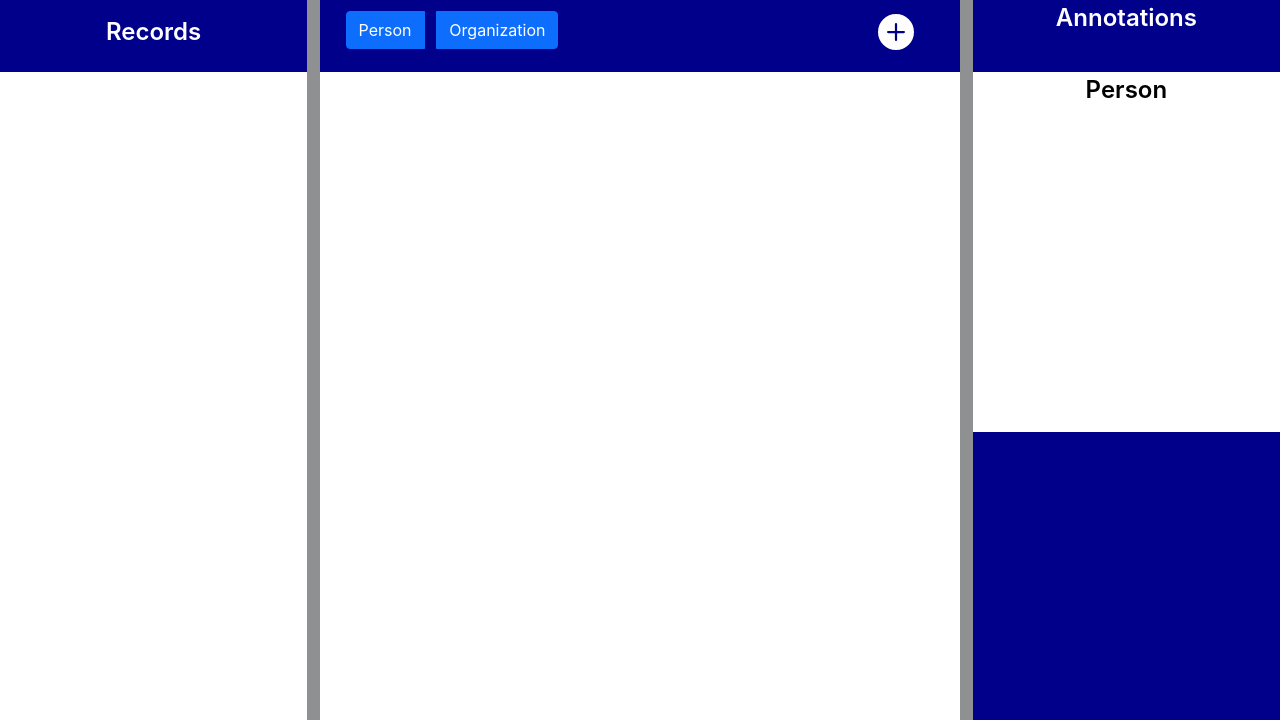
Repository: napan24/classforma_assignment
Page: / (app in client/)
An editor plug-in stored every save of this project. The page is shown before and after the next save, followed by the edit.
The browser window is 1280 px wide. The pictures show the whole page.
The project was rebuilt for these pictures with package versions that can differ from the ones it lists, and the page was loaded fresh each time. Also part of the build but not shown: client/src/App.css.

Above is the page before, as saved 2022-07-20 15:46:32.

### client/public/index.html
<!DOCTYPE html>
<html lang="en">
  <head>
    <meta charset="utf-8" />
    <link rel="icon" href="%PUBLIC_URL%/favicon.ico" />
    <meta name="viewport" content="width=device-width, initial-scale=1" />
    <meta name="theme-color" content="#000000" />
    <meta
      name="description"
      content="Web site created using create-react-app"
    />
    <link href="https://cdn.jsdelivr.net/npm/bootstrap@5.1.3/dist/css/bootstrap.min.css" rel="stylesheet" integrity="sha384-1BmE4kWBq78iYhFldvKuhfTAU6auU8tT94WrHftjDbrCEXSU1oBoqyl2QvZ6jIW3" crossorigin="anonymous">
    <link rel="apple-touch-icon" href="%PUBLIC_URL%/logo192.png" />
    <!--
      manifest.json provides metadata used when your web app is installed on a
      user's mobile device or desktop. See https://developers.google.com/web/fundamentals/web-app-manifest/
    -->
    <link rel="manifest" href="%PUBLIC_URL%/manifest.json" />
    <!--
      Notice the use of %PUBLIC_URL% in the tags above.
      It will be replaced with the URL of the `public` folder during the build.
      Only files inside the `public` folder can be referenced from the HTML.

      Unlike "/favicon.ico" or "favicon.ico", "%PUBLIC_URL%/favicon.ico" will
      work correctly both with client-side routing and a non-root public URL.
      Learn how to configure a non-root public URL by running `npm run build`.
    -->
    <title>React App</title>
  </head>
  <body>
    <noscript>You need to enable JavaScript to run this app.</noscript>
    <div id="root"></div>
    <!--
      This HTML file is a template.
      If you open it directly in the browser, you will see an empty page.

      You can add webfonts, meta tags, or analytics to this file.
      The build step will place the bundled scripts into the <body> tag.

      To begin the development, run `npm start` or `yarn start`.
      To create a production bundle, use `npm run build` or `yarn build`.
    -->
    <script src="https://cdn.jsdelivr.net/npm/bootstrap@5.1.3/dist/js/bootstrap.bundle.min.js" integrity="sha384-ka7Sk0Gln4gmtz2MlQnikT1wXgYsOg+OMhuP+IlRH9sENBO0LRn5q+8nbTov4+1p" crossorigin="anonymous"></script>
  </body>
</html>

### client/src/App.js
import logo from './logo.svg';
import './App.css';
import Home from './Home';

function App() {
  return (
    <>
      <Home></Home>
    </>
  );
}

export default App;

### client/src/Home.js
'strict origin'
import React, { useState, useEffect } from 'react'
const Home = () => {
    const [textField, setTextField] = useState();
    const [person, setPerson] = useState();
    const [place, setPlace] = useState();
    const [personName, setPersonName] = useState(['']);
    const [placeName, setPlaceName] = useState(['']);
    useEffect(() => {
        if (textField) {
            trending();
        }
    }, [textField])
    const trending = async () => {
        const res = await fetch("/", {
            method: 'POST',
            headers: {
                "Content-Type": "application/json"
            },
            body: JSON.stringify({ textField })
        });
        const result = await res.json();
        setPerson(result.filter((arr) => arr.type == 'Person'));
        setPlace(result.filter((arr) => arr.type == 'Place'));
    };
    useEffect(() => {
        if (person) {
            person.forEach(function (arrayItem) {
                setPersonName(curr => [...curr, arrayItem.entityId]);
            });
        }
    }, [person])
    useEffect(() => {
        setPlaceName(['']);
        if (place) {
            place.forEach(function (arrayItem) {
                setPlaceName(curr => [...curr, arrayItem.entityId]);
            });
        }
    }, [place])
    const showFile = async (e) => {
        e.preventDefault()
        const reader = new FileReader()
        reader.onload = async (e) => {
            const text = (e.target.result)
            setTextField(text);
        };
        reader.readAsText(e.target.files[0])
    }
    return (
        <>
            <div style={{ display: 'flex', width: "100vw", height: "100vh", backgroundColor: "#8f9091",overflow:"hidden" }}>
                <div style={{ width: "24vw", height: "100vh", backgroundColor: "white", marginRight: "1vw" }}>
                    <div style={{ width: "24vw", height: "10vh", backgroundColor: "#00008b", textAlign: 'center', fontSize: '150%', color: "white", fontWeight: "600", position: "fixed" }}>
                        <p style={{ marginTop: "2vh" }}>
                            Records
                        </p>
                    </div>
                    <div>

                    </div>
                </div>
                <div style={{ width: "50vw", height: "100vh", backgroundColor: "white", marginRight: "1vw", overflowY: "unset" }}>
                    <div style={{ width: "50vw", height: "10vh", backgroundColor: "#00008b", position: 'relative', overflowY: 'hidden' }}>
                        <div class="btn-group" style={{ marginTop: "1.5vh", marginLeft: "2vw" }}>
                            <button type="button" class="btn btn-primary" style={{ marginRight: "1vw" }}>Person</button>
                            <button type="button" class="btn btn-primary">Organization</button>
                        </div>
                        <label for="file">
                            <svg style={{ width: "20%", height: "50%", position: "absolute", right: "0", top: "2vh", color: "white" }} xmlns="http://www.w3.org/2000/svg" fill="currentColor" class="bi bi-plus-circle-fill" viewBox="0 0 16 16">
                                <path d="M16 8A8 8 0 1 1 0 8a8 8 0 0 1 16 0zM8.5 4.5a.5.5 0 0 0-1 0v3h-3a.5.5 0 0 0 0 1h3v3a.5.5 0 0 0 1 0v-3h3a.5.5 0 0 0 0-1h-3v-3z" />
                            </svg>
                        </label>
                        <input type="file" id="file" onChange={(e) => showFile(e)} style={{ display: "none" }} />
                    </div>
                    <div style={{ width: "48vw", height: "85vh", marginLeft: "2vw", marginTop: "5vh", overflowY: "scroll" }}>
                        {textField}
                    </div>
                </div>
                <div style={{ width: "24vw", height: "100vh", backgroundColor: "white" }}>
                    <div style={{ width: "24vw", height: "10vh", backgroundColor: "#00008b", textAlign: 'center', fontSize: '150%', color: "white", fontWeight: "600" }}>
                        <p>
                            Annotations
                        </p>
                    </div>
                    <div style={{ width: "24vw", height: "5vh", backgroundColor: "white", textAlign: 'center', fontSize: '150%', color: "black", fontWeight: "600" }}>
                        <p>
                            Person
                        </p>
                    </div>
                    <div style={{maxWidth: "24vw", height: "40vh", backgroundColor: "white", textAlign: 'center', fontSize: '150%', color: "black", fontWeight: "600", zIndex: "2", overflowY: "scroll", overflowX: "hidden" }}>
                        {personName && personName.map((user) => (
                            user.length > 0 && <div style={{ width: "24vw", backgroundColor: "black", color: "white", height: "3vh", fontSize: "2vh", position: 'relative', borderBottom: '1px solid white' }}>
                                {user}
                                <svg xmlns="http://www.w3.org/2000/svg" style={{ width: "3.5vw", height: "3.5vh", position: 'absolute', right: "0" }} fill="currentColor" class="bi bi-x" viewBox="0 0 16 16">
                                    <path d="M4.646 4.646a.5.5 0 0 1 .708 0L8 7.293l2.646-2.647a.5.5 0 0 1 .708.708L8.707 8l2.647 2.646a.5.5 0 0 1-.708.708L8 8.707l-2.646 2.647a.5.5 0 0 1-.708-.708L7.293 8 4.646 5.354a.5.5 0 0 1 0-.708z" />
                                </svg>
                            </div>
                        ))}
                    </div>
                    <div style={{ width: "24vw", height: "5vh", backgroundColor: "white", textAlign: 'center', fontSize: '150%', color: "white", fontWeight: "600" }}>
                        <p>
                            Organization
                        </p>
                    </div>
                    <div style={{ width: "24vw", height: "40vh", backgroundColor: "#00008b", textAlign: 'center', fontSize: '150%', color: "white", fontWeight: "600", overflowY: "scroll" }}>
                        {placeName && placeName.map((user) => (
                            user.length > 0 && <div style={{ width: "24vw", backgroundColor: "black", color: "white", height: "3vh", fontSize: "2vh", borderBottom: '1px solid white', overflowX: "hidden" }}>
                                {user}
                                <svg xmlns="http://www.w3.org/2000/svg" style={{ width: "3.5vw", height: "3.5vh", position: 'absolute', right: "0" }} fill="currentColor" class="bi bi-x" viewBox="0 0 16 16">
                                    <path d="M4.646 4.646a.5.5 0 0 1 .708 0L8 7.293l2.646-2.647a.5.5 0 0 1 .708.708L8.707 8l2.647 2.646a.5.5 0 0 1-.708.708L8 8.707l-2.646 2.647a.5.5 0 0 1-.708-.708L7.293 8 4.646 5.354a.5.5 0 0 1 0-.708z" />
                                </svg>
                            </div>
                        ))}
                    </div>
                </div>
            </div>
        </>
    )
}

export default Home

Loaded but not shown: client/src/index.js (common file); client/src/index.css (common file); client/src/reportWebVitals.js (common file)

After the next save:
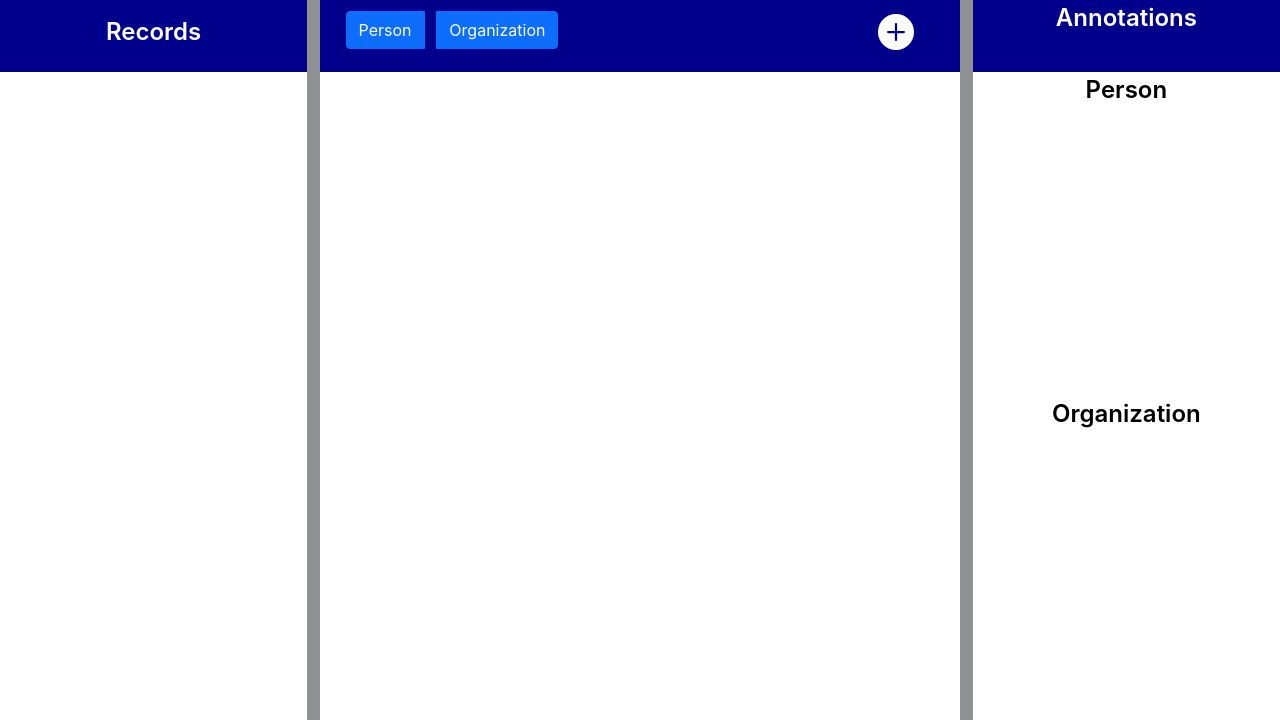
Saved 18 s later.
--- a/client/src/Home.js
+++ b/client/src/Home.js
@@ -98,12 +98,12 @@ const Home = () => {
                             </div>
                         ))}
                     </div>
-                    <div style={{ width: "24vw", height: "5vh", backgroundColor: "white", textAlign: 'center', fontSize: '150%', color: "white", fontWeight: "600" }}>
+                    <div style={{ width: "24vw", height: "5vh", backgroundColor: "white", textAlign: 'center', fontSize: '150%', color: "black", fontWeight: "600" }}>
                         <p>
                             Organization
                         </p>
                     </div>
-                    <div style={{ width: "24vw", height: "40vh", backgroundColor: "#00008b", textAlign: 'center', fontSize: '150%', color: "white", fontWeight: "600", overflowY: "scroll" }}>
+                    <div style={{ width: "24vw", height: "40vh", backgroundColor: "white", textAlign: 'center', fontSize: '150%', color: "black", fontWeight: "600", overflowY: "scroll" }}>
                         {placeName && placeName.map((user) => (
                             user.length > 0 && <div style={{ width: "24vw", backgroundColor: "black", color: "white", height: "3vh", fontSize: "2vh", borderBottom: '1px solid white', overflowX: "hidden" }}>
                                 {user}
